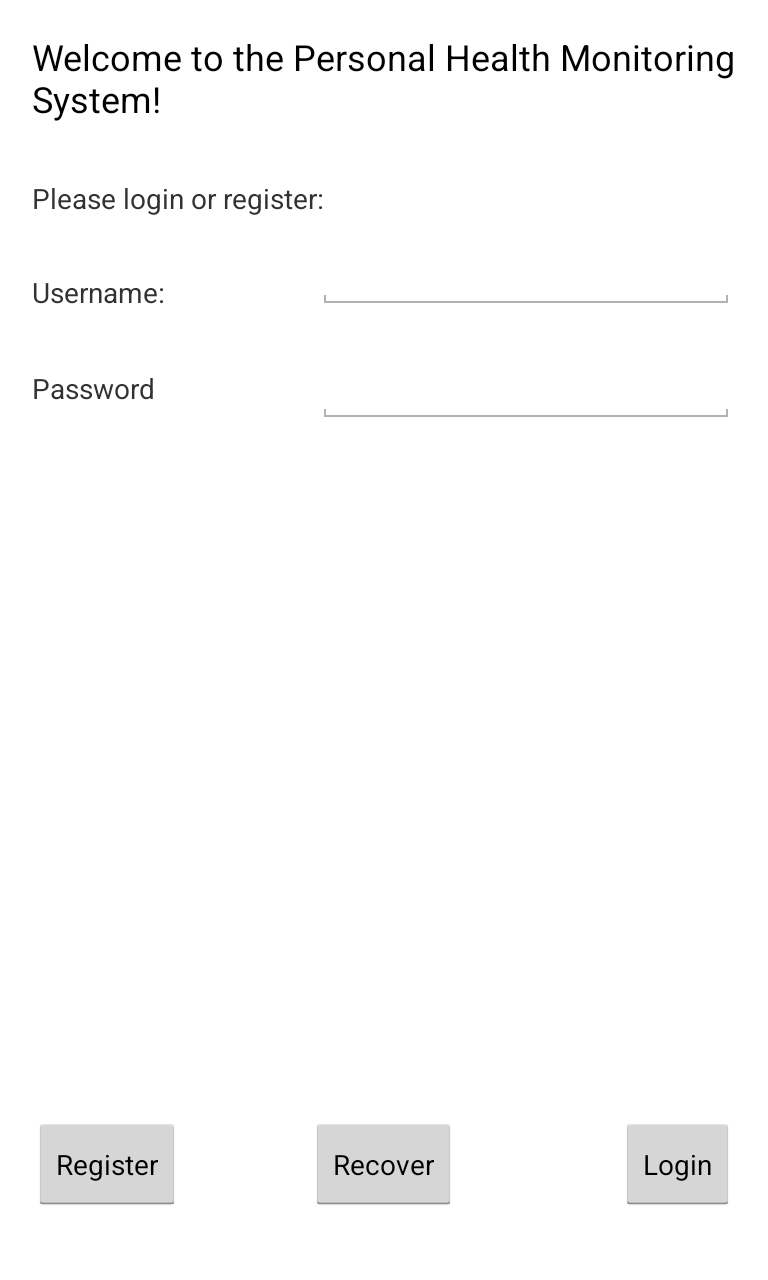
Repository: seth-skocelas/PHMS
Layout: PHMS/res/layout/activity_login.xml
These files come from the project's save history. The layout is drawn as it stood at one moment and after the next save; the edit follows.
It is drawn on a 768 x 1280 px phone screen (xhdpi) without system bars, with theme AppTheme; the app's code is not run.

Above is the layout before, as saved 2014-04-03 15:38:43.

### PHMS/res/layout/activity_login.xml
<RelativeLayout xmlns:android="http://schemas.android.com/apk/res/android"
    xmlns:tools="http://schemas.android.com/tools"
    android:layout_width="wrap_content"
    android:layout_height="match_parent"
    android:gravity="center"
    android:paddingBottom="@dimen/activity_vertical_margin"
    android:paddingLeft="@dimen/activity_horizontal_margin"
    android:paddingRight="@dimen/activity_horizontal_margin"
    android:paddingTop="@dimen/activity_vertical_margin"
    tools:context=".LoginActivity" >

    <TextView
        android:id="@+id/textView1"
        android:layout_width="wrap_content"
        android:layout_height="wrap_content"
        android:layout_alignParentTop="true"
        android:layout_centerHorizontal="true"
        android:text="@string/welcome"
        android:textAppearance="?android:attr/textAppearanceMedium" />

    <TextView
        android:id="@+id/textView2"
        android:layout_width="wrap_content"
        android:layout_height="wrap_content"
        android:layout_alignLeft="@+id/textView1"
        android:layout_below="@+id/textView1"
        android:layout_marginTop="28dp"
        android:text="@string/options"
        android:textAppearance="?android:attr/textAppearanceSmall" />

    <TextView
        android:id="@+id/textView3"
        android:layout_width="wrap_content"
        android:layout_height="wrap_content"
        android:layout_alignLeft="@+id/textView2"
        android:layout_below="@+id/textView2"
        android:layout_marginTop="28dp"
        android:text="@string/username"
        android:textAppearance="?android:attr/textAppearanceSmall" />

    <TextView
        android:id="@+id/textView4"
        android:layout_width="wrap_content"
        android:layout_height="wrap_content"
        android:layout_alignLeft="@+id/textView3"
        android:layout_below="@+id/textView3"
        android:layout_marginTop="29dp"
        android:text="@string/password"
        android:textAppearance="?android:attr/textAppearanceSmall" />

    <EditText
        android:id="@+id/editText1"
        android:layout_width="wrap_content"
        android:layout_height="wrap_content"
        android:layout_alignBaseline="@+id/textView4"
        android:layout_alignBottom="@+id/textView4"
        android:layout_alignRight="@+id/textView1"
        android:ems="10"
        android:inputType="textPassword" />

    <EditText
        android:id="@+id/editText2"
        android:layout_width="wrap_content"
        android:layout_height="wrap_content"
        android:layout_above="@+id/textView4"
        android:layout_alignRight="@+id/editText1"
        android:ems="10"
        android:inputType="text" />

    <Button
        android:id="@+id/button1"
        style="?android:attr/buttonStyleSmall"
        android:layout_width="wrap_content"
        android:layout_height="wrap_content"
        android:layout_alignParentBottom="true"
        android:layout_alignRight="@+id/editText1"
        android:layout_marginBottom="18dp"
        android:text="@string/login" />

    <Button
        android:id="@+id/button2"
        style="?android:attr/buttonStyleSmall"
        android:layout_width="wrap_content"
        android:layout_height="wrap_content"
        android:layout_alignBaseline="@+id/button1"
        android:layout_alignBottom="@+id/button1"
        android:layout_centerHorizontal="true"
        android:text="@string/recover" />

    <Button
        android:id="@+id/button3"
        style="?android:attr/buttonStyleSmall"
        android:layout_width="wrap_content"
        android:layout_height="wrap_content"
        android:layout_alignTop="@+id/button2"
        android:onClick="startRegister"
        android:text="@string/register" />

</RelativeLayout>

### PHMS/res/values/strings.xml
<?xml version="1.0" encoding="utf-8"?>
<resources>

    <string name="app_name">PHMS</string>
    <string name="hello_world">Hello world!</string>
    <string name="action_settings">Settings</string>
    <string name="welcome">Welcome to the Personal Health Monitoring System!</string>
    <string name="password">Password</string>
    <string name="options">Please login or register:</string>
    <string name="login">Login</string>
    <string name="register">Register</string>
    <string name="recover">Recover</string>
    <string name="title_activity_register">Register</string>
    <string name="firstname">First Name:</string>
    <string name="lastname">Last Name:</string>
    <string name="username">Username:</string>
    <string name="cancel">Cancel</string>
    <string name="email">Email Address:</string>
    <string name="phone">Phone Number:</string>
    <string name="height">Height:</string>
    <string name="weight">Weight:</string>
    <string name="age">Age:</string>
    <string name="docemail">Doctor\'s Email:</string>
    <string name="gender">Gender:</string>


</resources>

Loaded but not shown: PHMS/res/values/styles.xml (common file); PHMS/res/values-v11/styles.xml (common file); PHMS/res/values-v14/styles.xml (common file); PHMS/res/values/dimens.xml (common file); PHMS/res/values-w820dp/dimens.xml (common file)

After the next save:
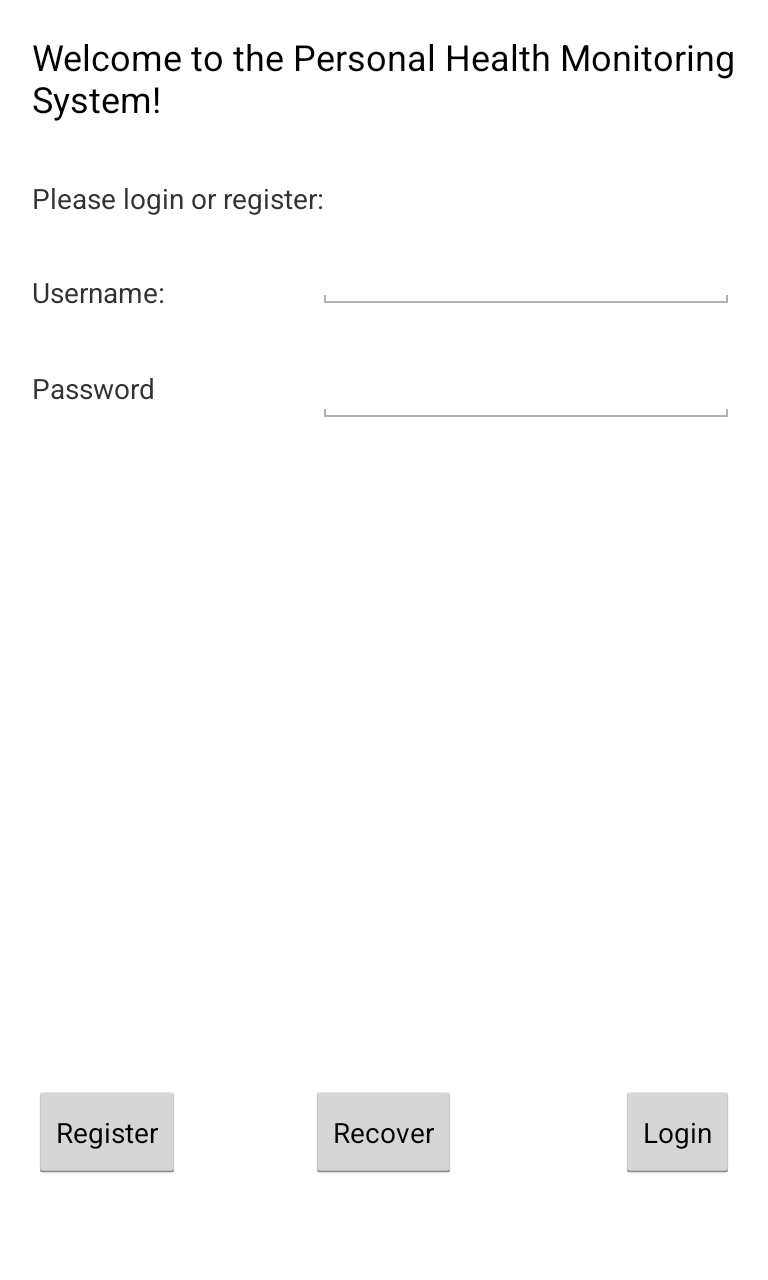
Saved 3 min 28 s later.
--- a/PHMS/res/layout/activity_login.xml
+++ b/PHMS/res/layout/activity_login.xml
@@ -2,7 +2,7 @@
     xmlns:tools="http://schemas.android.com/tools"
     android:layout_width="wrap_content"
     android:layout_height="match_parent"
-    android:gravity="center"
+    android:gravity="right"
     android:paddingBottom="@dimen/activity_vertical_margin"
     android:paddingLeft="@dimen/activity_horizontal_margin"
     android:paddingRight="@dimen/activity_horizontal_margin"
@@ -68,16 +68,6 @@
         android:inputType="text" />
 
     <Button
-        android:id="@+id/button1"
-        style="?android:attr/buttonStyleSmall"
-        android:layout_width="wrap_content"
-        android:layout_height="wrap_content"
-        android:layout_alignParentBottom="true"
-        android:layout_alignRight="@+id/editText1"
-        android:layout_marginBottom="18dp"
-        android:text="@string/login" />
-
-    <Button
         android:id="@+id/button2"
         style="?android:attr/buttonStyleSmall"
         android:layout_width="wrap_content"
@@ -88,11 +78,23 @@
         android:text="@string/recover" />
 
     <Button
+        android:id="@+id/button1"
+        style="?android:attr/buttonStyleSmall"
+        android:layout_width="wrap_content"
+        android:layout_height="wrap_content"
+        android:layout_alignParentBottom="true"
+        android:layout_alignParentRight="true"
+        android:layout_marginBottom="34dp"
+        android:text="@string/login" />
+
+    <Button
         android:id="@+id/button3"
         style="?android:attr/buttonStyleSmall"
         android:layout_width="wrap_content"
         android:layout_height="wrap_content"
-        android:layout_alignTop="@+id/button2"
+        android:layout_alignBaseline="@+id/button2"
+        android:layout_alignBottom="@+id/button2"
+        android:layout_alignParentLeft="true"
         android:onClick="startRegister"
         android:text="@string/register" />
 
